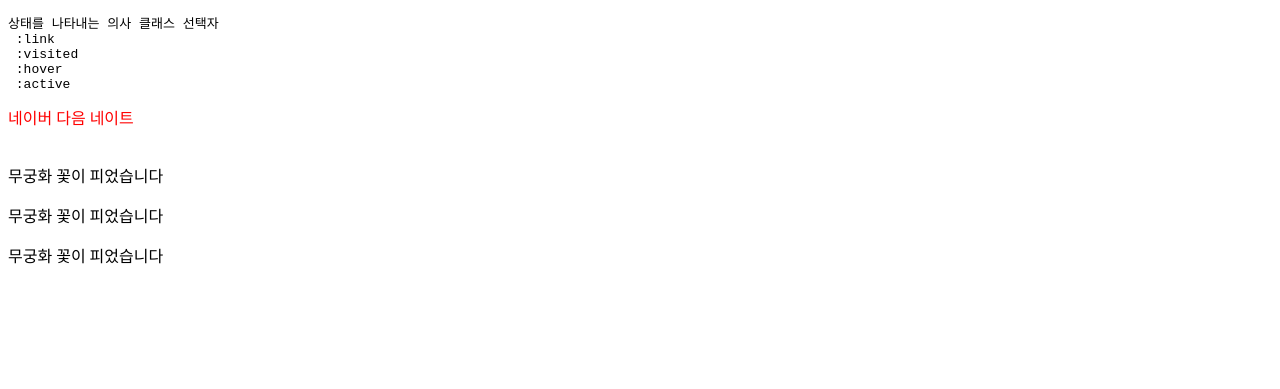
Repository: solsol7/ddit-html
Page: webpro/WebContent/0628/의사클래스선택자.html
An editor plug-in stored every save of this project. The page is shown before and after the next save, followed by the edit.
The browser window is 1280 px wide. The pictures show the whole page.

Above is the page before, as saved 2023-06-28 08:15:49.

After the next save:
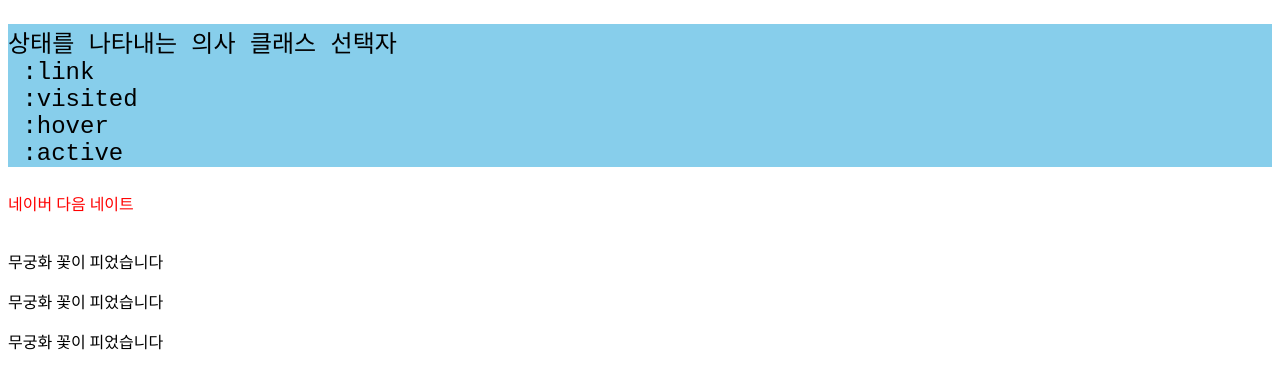
Saved 85 s later.
--- a/webpro/WebContent/0628/의사클래스선택자.html
+++ b/webpro/WebContent/0628/의사클래스선택자.html
@@ -3,6 +3,7 @@
 <head>
 <meta charset="UTF-8">
 <title>Insert title here</title>
+<link rel="stylesheet" href="../css/style.css">
 <style>
 a{
  text-decoration: none;
